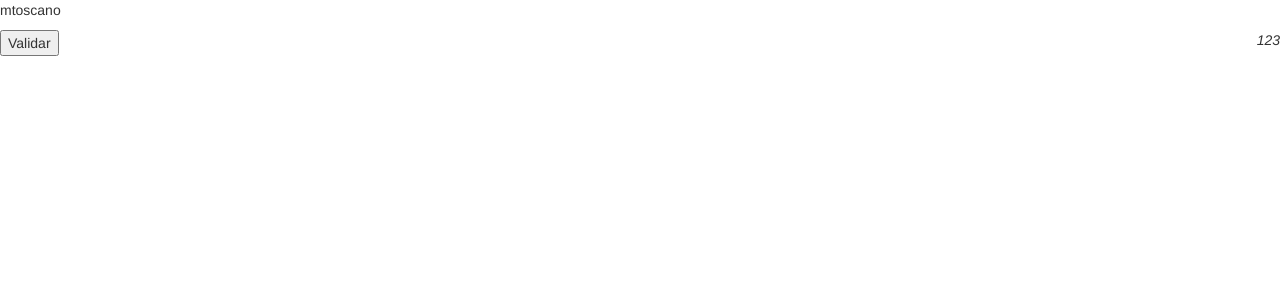
Repository: MATOOSFE/angular-jee
Page: angular_vista/web/inicio.html
These files come from the project's save history. The page is drawn as it stood at one moment and after the next save; the edit follows.
The browser window is 1280 px wide. The pictures show the whole page.

Above is the page before, as saved 2016-08-31 02:27:18.

After the next save:
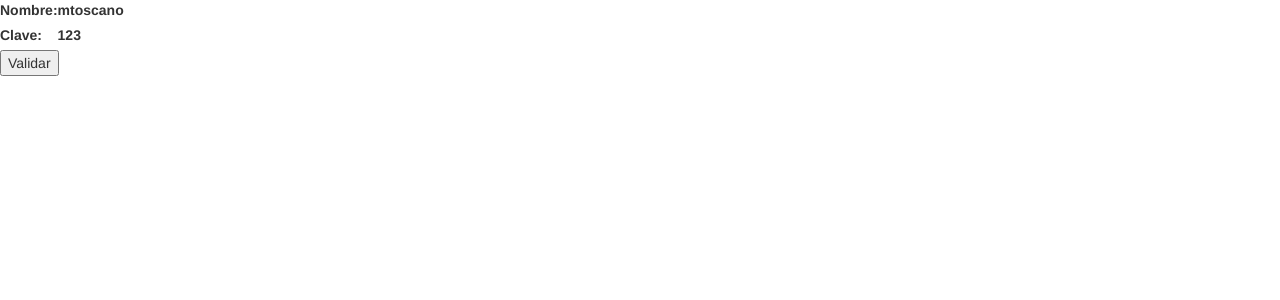
Saved 102 s later.
--- a/angular_vista/web/inicio.html
+++ b/angular_vista/web/inicio.html
@@ -7,8 +7,16 @@
   </head>
   <body ng-controller="SeguridadControl as seguridad">
     <div>
-      <p>{{seguridad.usuario.nombre}}</p>
-      <em class="pull-right">{{seguridad.usuario.clave}}</em>
+      <table>
+      	<tr>
+      		<td><label>Nombre:</label></td>
+      		<td><label>{{seguridad.usuario.nombre}}</label></td>
+      	</tr>
+      	<tr>
+      		<td><label>Clave:</label></td>
+      		<td><label>{{seguridad.usuario.clave}}</label></td>
+      	</tr>
+      </table>
       <button ng-show="{{seguridad.usuario.visible}}">Validar</button>
     </div>
   </body>
